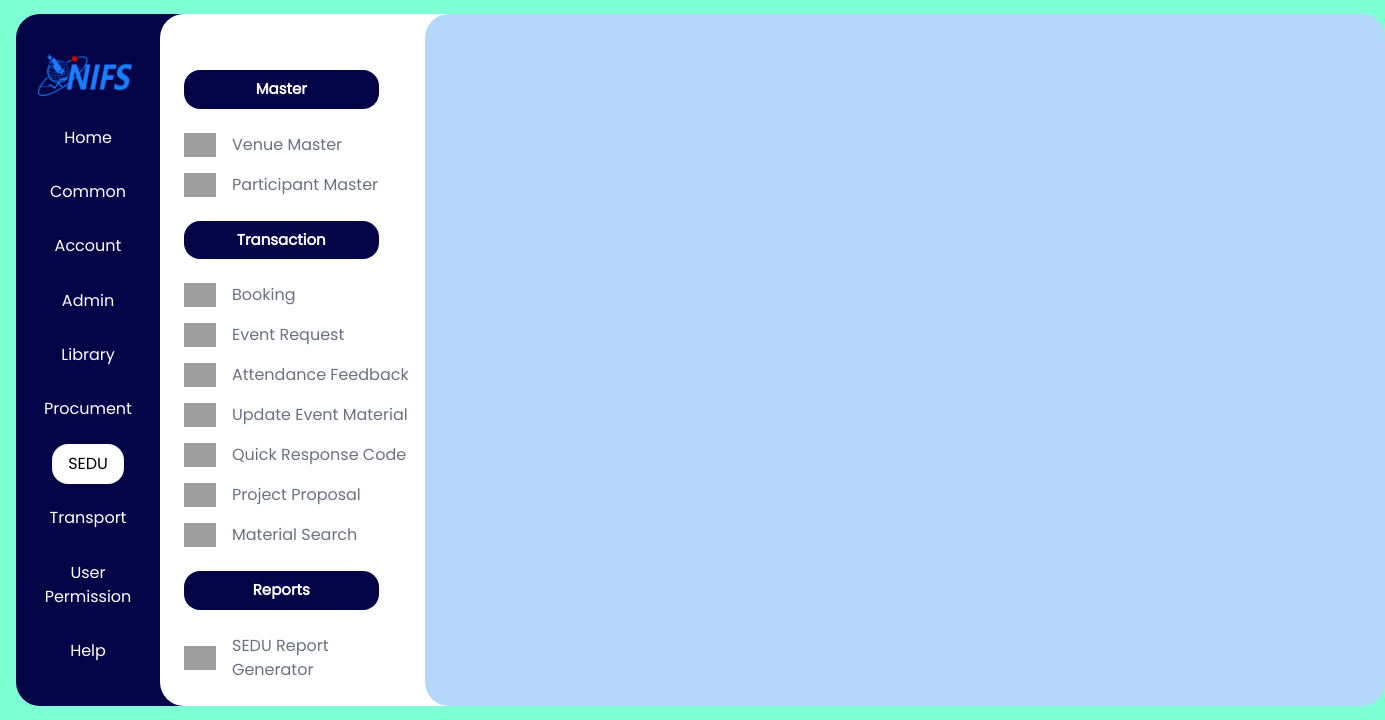
Repository: virangaj/NIFS-WebApp
Page: /sedu (app in client/)
An editor plug-in stored every save of this project. The page is shown before and after the next save, followed by the edit.
The browser window is 1280 px wide. The page is 1385 px wide, so the pictures cover 1385 px, including what lies to the right of the window. The pictures show the whole page.
Pictures or frames that could not be fetched are drawn as grey boxes. The project was rebuilt for these pictures with package versions that can differ from the ones it lists, and the page was loaded fresh each time. Also part of the build but not shown: client/src/pages/Login.tsx, client/src/pages/Home.tsx, client/src/components/Transport/shared/TransportNavbar.js, client/src/pages/TransportMainPage.tsx, client/src/pages/CommonMainPage.tsx, client/src/pages/AccountMainPage.tsx, client/src/pages/AdminMainPage.tsx, client/src/pages/LibraryMainPage.js and 15 more.

Above is the page before, as saved 2022-07-31 00:11:44.

### client/public/index.html
<!DOCTYPE html>
<html lang="en">
	<head>
		<meta charset="utf-8" />
		<link rel="icon" href="nifs_logo.png" />
		<meta name="viewport" content="width=device-width, initial-scale=1" />
		<meta name="theme-color" content="#000000" />
		<meta
			name="description"
			content="Web site created using create-react-app"
		/>
		<link rel="apple-touch-icon" href="%PUBLIC_URL%/logo192.png" />
		<!--
      manifest.json provides metadata used when your web app is installed on a
      user's mobile device or desktop. See https://developers.google.com/web/fundamentals/web-app-manifest/
    -->
		<link rel="manifest" href="%PUBLIC_URL%/manifest.json" />
		<!--
      Notice the use of %PUBLIC_URL% in the tags above.
      It will be replaced with the URL of the `public` folder during the build.
      Only files inside the `public` folder can be referenced from the HTML.

      Unlike "/favicon.ico" or "favicon.ico", "%PUBLIC_URL%/favicon.ico" will
      work correctly both with client-side routing and a non-root public URL.
      Learn how to configure a non-root public URL by running `npm run build`.
    -->
		<link
			href="https://fonts.googleapis.com/css?family=Poppins"
			rel="stylesheet"
		/>
		<title>NIFS Dashboard</title>
	</head>
	<body>
		<noscript>You need to enable JavaScript to run this app.</noscript>
		<div id="root"></div>
		<!--
      This HTML file is a template.
      If you open it directly in the browser, you will see an empty page.

      You can add webfonts, meta tags, or analytics to this file.
      The build step will place the bundled scripts into the <body> tag.

      To begin the development, run `npm start` or `yarn start`.
      To create a production bundle, use `npm run build` or `yarn build`.
    -->
	</body>
</html>

### client/src/index.css
@tailwind base;
@tailwind components;
@tailwind utilities;

* {
  margin: 0;
}

body {
  font-family: 'Poppins';
  -webkit-font-smoothing: antialiased;
  -moz-osx-font-smoothing: grayscale;
  background-color: #dfe7ee;

}

::-webkit-scrollbar {
  display: none;
}


:root {
  --main-navbar-back: #030347;
  --nav-title-section-back: rgba(47, 163, 72, 0.589);
  --white: #fff;
  --black: #000;
  --gray: rgba(68, 68, 68, 0.432);
  --border-radius: 10px;
  --pimary: rgb(10, 94, 133);
  --warning: #ed3d63;
  --secondary-nav-color: rgb(255, 255, 255);
  --body-content-bg: rgb(181, 216, 250);
}


.nav-logo {
  width: 100px;
  height: auto;
  margin-bottom: 2vh;
}

a {
  text-decoration: none;
}



/* main navbar */
.main-nav-bg {
  background-color: var(--main-navbar-back) !important;
}

.main-navbar {
  background-color: var(--main-navbar-back) !important;
  width: 100% !important;
  height: 80px !important;

}

/* secondary navbar */

.sec-nav-bg {
  background-color: var(--secondary-nav-color);
}

.secondary-navbar {
  margin: auto;
}

.nav-flex-section {
  display: -webkit-flex;
  display: -ms-flexbox;
  display: flex;
  -webkit-flex-wrap: wrap;
  -ms-flex-wrap: wrap;
  flex-wrap: wrap;
  justify-content: center;
}

.nav-flex-inside {
  margin-left: 5px;
  margin-left: 5px;
}

.nav-title {
  font-size: 15px;
  text-align: center;
  color: var(--white);
  font-weight: 600;

}

.nav-title-section {
  /* border-radius: var(--border-radius);
  background-color: var(--nav-title-section-back);
  box-shadow: rgba(100, 100, 111, 0.2) 0px 7px 29px 0px;
  pointer-events: none;
  margin-left: 10px;
  margin-left: 10px; */
  background-color: var(--main-navbar-back);
}

.nav-icon {
  width: 40px;
}

.nav-link {
  display: flex;
  display: -webkit-flex;
  display: -ms-flexbox;
  flex-direction: column;
  align-items: center;
  font-size: 14px;
  margin-left: 5px;
  margin-right: 5px;
  border: none;
  box-shadow: rgba(100, 100, 111, 0.2) 0px 7px 29px 0px;
  padding: 4px 8px 6px 8px;
  margin-bottom: 10px;
  text-align: center;
  width: 125px;
  border-radius: var(--border-radius);
  background-color: var(--white);
  outline: none;
  min-height: 120px;
}

.nav-link:hover {
  color: var(--pimary);
  cursor: pointer;
  box-shadow: rgba(81, 146, 177, 0.2) 0px 7px 29px 0px;
  background-color: rgb(254, 255, 205);
  border-bottom: 2px solid var(--warning);
}


.nav-link:active {
  color: var(--pimary);
  cursor: pointer;
  box-shadow: rgba(81, 146, 177, 0.2) 0px 7px 29px 0px;
  background-color: rgb(205, 248, 255);
  border-bottom: 2px solid var(--warning);
}

.nav-link-active {
  color: var(--pimary);
  cursor: pointer;
  box-shadow: rgba(81, 146, 177, 0.2) 0px 7px 29px 0px;
  background-color: rgb(205, 248, 255);
  border-bottom: 2px solid var(--warning);
}

/* body content*/
.body-content {
  margin: auto;
  width: 90%;
  margin-top: 12vh;

}

/* main page content */
.main-content {
  width: 90%;
  margin: auto;
  margin-top: 20px;
}

/* sub page content */

.sub-body-content {
  border: 2px solid var(--gray);
  border-radius: var(--border-radius);
  padding: 10px;
}

.sub-body-title {
  font-size: 24px;
}



/* error page */
.error-page {
  border: 2px solid var(--gray);
  border-radius: var(--border-radius);
  height: 50vh;
  width: 50vw;
  margin: auto;
  margin-top: 50px;
}

.error-page-content {
  display: flex;
  flex-direction: column;
  align-items: center;
  text-align: center !important;
  margin-top: 50px;
}

.error-page-content h1 {
  font-size: 100px;
  color: var(--warning);
  font-weight: 700;
  pointer-events: none;

}

.error-page-content p {
  font-size: 20px;
  margin-bottom: 20px;
  pointer-events: none;
}


@media screen and (max-width: 1366px) {
  body {
    background-color: aquamarine;
  }

  .nav-link {
    font-size: 12px;
    padding: 4px 4px 6px 4px;
    width: 100px;
    min-height: 100px;
  }

  .nav-icon {
    width: 35px;
  }
}

### client/src/App.tsx
import React, { useEffect } from 'react';
import Navbar from './components/shared/Navbar';
import Login from './pages/Login'
import { BrowserRouter as Router, Route, Routes } from 'react-router-dom'
import Home from './pages/Home';
import TransportMainPage from './pages/TransportMainPage';
import CommonMainPage from './pages/CommonMainPage';
import AccountMainPage from './pages/AccountMainPage';
import AdminMainPage from './pages/AdminMainPage';
import LibraryMainPage from './pages/LibraryMainPage';
import ProcumentMainPage from './pages/ProcumentMainPage';
import SeduMainPage from './pages/SeduMainPage';
import UserPermissionMainPage from './pages/UserPermissionMainPage';
import NotificationMainPage from './pages/NotificationMainPage';
import HelpMainPage from './pages/HelpMainPage';
import ErrorPage from './pages/ErrorPage';
import VerticalMainNavbar from './components/shared/VerticalMainNavbar';


function App() {


  return (
    <div className='w-[98%] flex mx-auto flex-col h-[100vh]'>
      <Router>
        {/* <Navbar /> */}
        <div>
          <VerticalMainNavbar />
        </div>
        <div className='overflow-y-scroll ml-4 scroll-bar'>
          <Routes>
            <Route path="/login" element={<Login />} />
            <Route path="/" element={<Home />} />
            <Route path="/common/*" element={<CommonMainPage />} />
            <Route path="/account/*" element={<AccountMainPage />} />
            <Route path="/admin/*" element={<AdminMainPage />} />
            <Route path="/library/*" element={<LibraryMainPage />} />
            <Route path="/procument/*" element={<ProcumentMainPage />} />
            <Route path="/sedu/*" element={<SeduMainPage />} />
            <Route path="/transport/*" element={<TransportMainPage />} />
            <Route
              path="/user-permission/*"
              element={<UserPermissionMainPage />}
            />
            <Route
              path="/notification/*"
              element={<NotificationMainPage />}
            />
            <Route path="/help/*" element={<HelpMainPage />} />
            <Route path="/error-404" element={<ErrorPage />} />
          </Routes>
        </div>


      </Router>
    </div>
  );
}

export default App;

### client/src/pages/SeduMainPage.tsx
import React from 'react';
import { Route, Routes } from 'react-router-dom';
import AttendanceFeedback from '../components/sedu/AttendanceFeedback';
import EventRequest from '../components/sedu/EventRequest';
import MaterialSearch from '../components/sedu/MaterialSearch';
import ParticipantMaster from '../components/sedu/ParticipantMaster';
import ProjectProposal from '../components/sedu/ProjectProposal';
import QuickResponseCode from '../components/sedu/QuickResponseCode';
import SeduBooking from '../components/sedu/SeduBooking';
import SeduReportGenerator from '../components/sedu/SeduReportGenerator';
import SeduSecondaryNavbar from '../components/sedu/shared/SeduSecondaryNavbar';
import UpdateEventMaterial from '../components/sedu/UpdateEventMaterial';
import VenueMaster from '../components/sedu/VenueMaster';
import SecondaryNavbar from '../components/shared/SecondaryNavbar';
import Pages from '../components/data/SeduNavData.json'
import VerticalSecondaryNavbar from '../components/shared/VerticalSecondaryNavbar';

// sedu main page where all other section of sedu department can be access from here
function SeduMainPage() {
	// console.log(Pages);


	return (

		<div >
			{/* <SeduSecondaryNavbar /> */}
			{/* <SecondaryNavbar pages={Pages} /> */}
			{/* <div className="main-content"> */}
			<div className='secondary-nav-position'>
				<VerticalSecondaryNavbar pages={Pages} />
			</div>
			<div className='absolute left-[425px] top-[2vh] bg-body-content-bg w-[75vw] h-[96vh] rounded-3xl'>
				<Routes>
					<Route path="/venue-master" element={<VenueMaster />} />
					<Route path="/participant-master" element={<ParticipantMaster />} />
					<Route path="/booking" element={<SeduBooking />} />
					<Route path="/event-request" element={<EventRequest />} />
					<Route path="/attendance-feedback" element={<AttendanceFeedback />} />
					<Route path="/update-material" element={<UpdateEventMaterial />} />
					<Route path="/quick-response" element={<QuickResponseCode />} />
					<Route path="/project-proposal" element={<ProjectProposal />} />
					<Route path="/material-search" element={<MaterialSearch />} />
					<Route path="/report-generator" element={<SeduReportGenerator />} />

				</Routes>
			</div>
		</div >);
}

export default SeduMainPage;

### client/src/components/shared/VerticalMainNavbar.tsx
import { Button } from '@mui/material'
import React from 'react'
import { Link, useLocation } from 'react-router-dom'
import Pages from '../data/MainNavPages.json'
import { HiMenuAlt2 } from "react-icons/hi";
import Logo from '../../images/nifs_logo.png'


function VerticalMainNavbar() {

    const location: any = useLocation();

    return (
        <>
            <div className='fixed left-0 w-48 top-[2vh] main-nav-bg ml-4 rounded-l-3xl'>
                <div className='h-[96vh] w-36 flex flex-col items-center py-10 px-2'>
                    <Link to='/'>
                        <img src={Logo} alt="logo" className="nav-logo" />
                    </Link>
                    {Pages.map((page, index) => (
                        location.pathname.split('/')[1] === page.link.split('/')[1] ?
                            <Link to={page.link} style={{ textDecoration: 'none' }} key={index}>
                                <button className='bg-white my-[1vh] px-4 py-2 rounded-2xl text-black'>
                                    {page.title}
                                </button>
                            </Link>
                            :
                            <Link to={page.link} style={{ textDecoration: 'none' }} key={index}>
                                <button className='my-[1vh] px-4 py-2 rounded-2xl text-white'>

                                    {page.title}
                                </button>
                            </Link>
                    ))}
                </div>
            </div>
            {/* <div className='fixed left-0 w-24 top-[2vh] visible md:invisible main-nav-bg ml-2 rounded-l-3xl'>
                <div className='h-[96vh] w-20 flex flex-col items-center py-10 px-2'>
                    <p className='text-white text-2xl cursor-pointer'>

                        <HiMenuAlt2 />
                    </p>


                </div>
            </div> */}
        </>
    )
}

export default VerticalMainNavbar

### client/src/components/shared/VerticalSecondaryNavbar.tsx
import React from 'react'
import Box from '@mui/material/Box';
import { Link, useLocation } from 'react-router-dom';
import Employees from '../data/Employee.json';

function VerticalSecondaryNavbar(props: any) {
    console.log(props.pages)
    const location = useLocation();
    const user = Employees[0];
    // const isAdmin: Boolean = user.deparment.toUpperCase() === location.pathname.split('/')[1].toUpperCase() && user.admin === true;
    const isAdmin: Boolean = true;

    console.log(isAdmin)
    const pages: any = props.pages;
    return (
        <div className='fixed left-0 w-72 top-[2vh] sec-nav-bg ml-40 rounded-l-3xl'>
            <div className='h-[96vh] w-[90%] flex flex-col items-start ml-4 py-10 px-2'>

                {pages.map((content: any, index: number) =>
                    <>
                        <div className='my-4 w-[80%] py-2 px-4 rounded-2xl nav-title-section'>
                            <p className='nav-title'>{content.section}</p>
                        </div>
                        {content.routes.map((page: any, i: number) => (
                            isAdmin ? <Link to={page.link} key={i}>
                                <div className='flex items-center'>
                                    <img src={page.img} alt={page.title} className='w-8' />
                                    <button className={location.pathname === page.link ? 'px-4 py-2 rounded-2xl text-black font-semibold text-left hover:text-blue-500 hover:font-semibold' : 'text-gray-500 px-4 py-2 text-left hover:text-blue-500 hover:font-semibold'}>{page.title}</button>
                                </div>
                            </Link> : (!page.only_admin ? <Link to={page.link} key={i}>
                                <div className='flex items-center'>
                                    <img src={page.img} alt={page.title} className='w-8' />
                                    <button className={location.pathname === page.link ? 'px-4 py-2 rounded-2xl text-black font-semibold text-left hover:text-blue-500 hover:font-semibold' : 'text-gray-500 px-4 py-2 text-left hover:text-blue-500 hover:font-semibold'}>{page.title}</button>
                                </div>
                            </Link> : "")
                        ))}
                    </>

                )}

            </div>

        </div>
    )
}

export default VerticalSecondaryNavbar

### client/src/components/data/SeduNavData.json
[
    {
        "section": "Master",
        "only_admin": false,
        "routes": [
            {
                "title": "Venue Master",
                "link": "/sedu/venue-master",
                "img": "https://img.icons8.com/fluency/50/000000/home.png",
                "only_admin": false
            },
            {
                "title": "Participant Master",
                "link": "/sedu/participant-master",
                "img": "https://img.icons8.com/fluency/50/000000/conference-foreground-selected.png",
                "only_admin": false
            }
        ]
    },
    {
        "section": "Transaction",
        "only_admin": false,
        "routes": [
            {
                "title": "Booking",
                "link": "/sedu/booking",
                "img": "https://img.icons8.com/fluency/50/000000/calendar-plus.png",
                "only_admin": false
            },
            {
                "title": "Event Request",
                "link": "/sedu/event-request",
                "img": "https://img.icons8.com/fluency/50/000000/invite.png",
                "only_admin": false
            },
            {
                "title": "Attendance Feedback",
                "link": "/sedu/attendance-feedback",
                "img": "https://img.icons8.com/fluency/50/000000/feedback-hub.png",
                "only_admin": false
            },
            {
                "title": " Update Event Material",
                "link": "/sedu/update-material",
                "img": "https://img.icons8.com/fluency/50/000000/available-updates.png",
                "only_admin": false
            },
            {
                "title": "Quick Response Code",
                "link": "/sedu/quick-response",
                "img": "https://img.icons8.com/fluency/50/000000/barcode-scanner.png",
                "only_admin": false
            },
            {
                "title": "Project Proposal",
                "link": "/sedu/project-proposal",
                "img": "https://img.icons8.com/fluency/50/000000/documents.png",
                "only_admin": false
            },
            {
                "title": "Material Search",
                "link": "/sedu/material-search",
                "img": "https://img.icons8.com/fluency/50/000000/search.png",
                "only_admin": false
            }
        ]
    },
    {
        "section": "Reports",
        "only_admin": true,
        "routes": [
            {
                "title": "SEDU Report Generator",
                "link": "/sedu/report-generator",
                "img": "https://img.icons8.com/cute-clipart/50/000000/load-from-file.png",
                "only_admin": true
            }
        ]
    }
]

### client/src/components/data/MainNavPages.json
[
    {
        "id": 0,
        "title": "Home",
        "link": "/"
    },
    {
        "id": 1,
        "title": "Common",
        "link": "/common"
    },
    {
        "id": 2,
        "title": "Account",
        "link": "/account"
    },
    {
        "id": 3,
        "title": "Admin",
        "link": "/admin"
    },
    {
        "id": 4,
        "title": "Library",
        "link": "/library"
    },
    {
        "id": 5,
        "title": "Procument",
        "link": "/procument"
    },
    {
        "id": 6,
        "title": "SEDU",
        "link": "/sedu"
    },
    {
        "id": 7,
        "title": "Transport",
        "link": "/transport"
    },
    {
        "id": 8,
        "title": "User Permission",
        "link": "/user-permission"
    },
    {
        "id": 10,
        "title": "Help",
        "link": "/help"
    }
]

### client/src/components/data/Employee.json
[
    {
        "id": 0,
        "value": "Mr. Kamal",
        "admin": true,
        "deparment": "Transpoort"
    },
    {
        "id": 1,
        "value": "Mr. Sunil",
        "admin": true,
        "deparment": "SEDU"
    },
    {
        "id": 2,
        "value": "Mr. Kusal",
        "admin": false,
        "deparment": "Transpoort"
    },
    {
        "id": 3,
        "value": "Mrs. Nayana",
        "admin": false,
        "deparment": "SEDU"
    },
    {
        "id": 4,
        "value": "Miss Rashmi",
        "admin": false,
        "deparment": "Transpoort"
    }
]

### client/tailwind.config.js
/** @type {import('tailwindcss').Config} */
module.exports = {
	content: ['./src/**/*.{js,jsx,ts,tsx}'],
	theme: {
		extend: {
			colors: {
				'body-content-bg': 'var(--body-content-bg)',
			},
		},
	},
	plugins: [],
};

Loaded but not shown: client/src/index.tsx (common file); client/src/reportWebVitals.ts (common file)

After the next save:
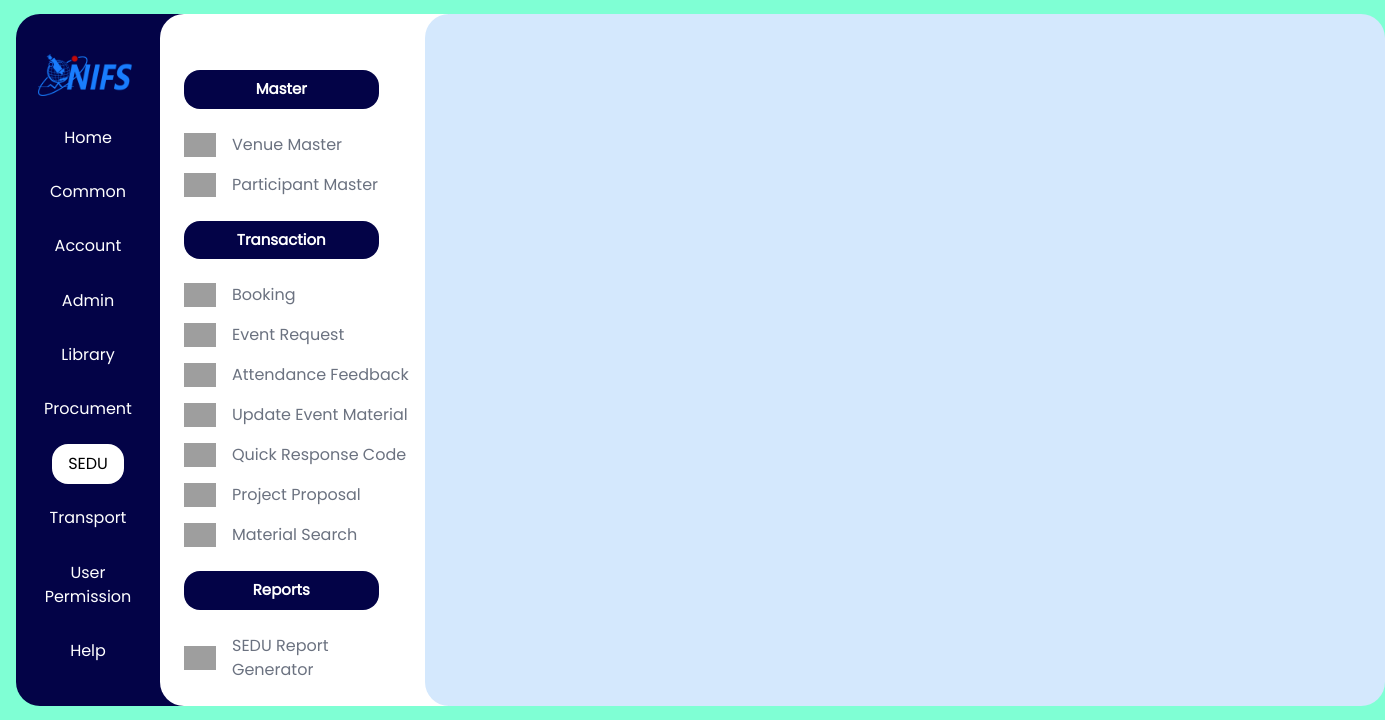
Saved 8 s later.
--- a/client/src/index.css
+++ b/client/src/index.css
@@ -29,7 +29,7 @@
   --pimary: rgb(10, 94, 133);
   --warning: #ed3d63;
   --secondary-nav-color: rgb(255, 255, 255);
-  --body-content-bg: rgb(181, 216, 250);
+  --body-content-bg: rgb(212, 232, 253);
 }
 
 

After the save that followed:
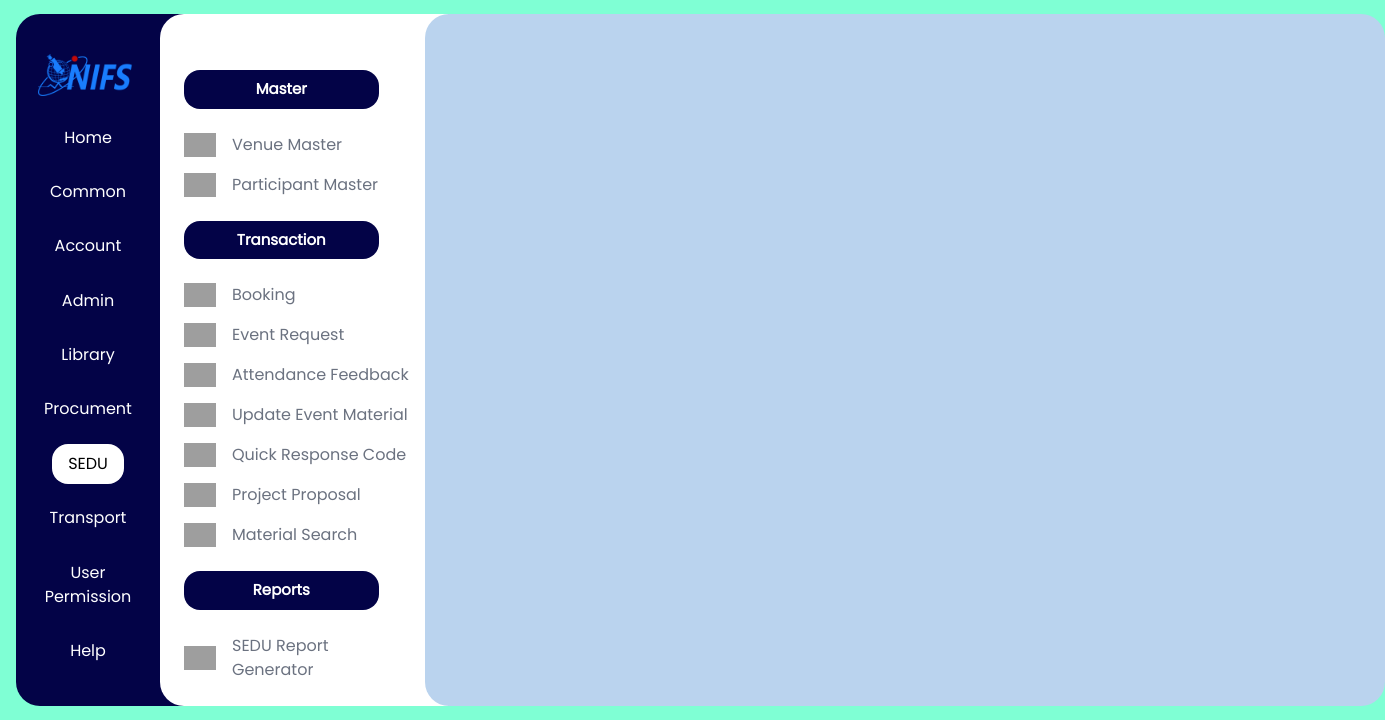
Saved 9 s later.
--- a/client/src/index.css
+++ b/client/src/index.css
@@ -29,7 +29,7 @@
   --pimary: rgb(10, 94, 133);
   --warning: #ed3d63;
   --secondary-nav-color: rgb(255, 255, 255);
-  --body-content-bg: rgb(212, 232, 253);
+  --body-content-bg: rgb(186, 211, 238);
 }
 
 
